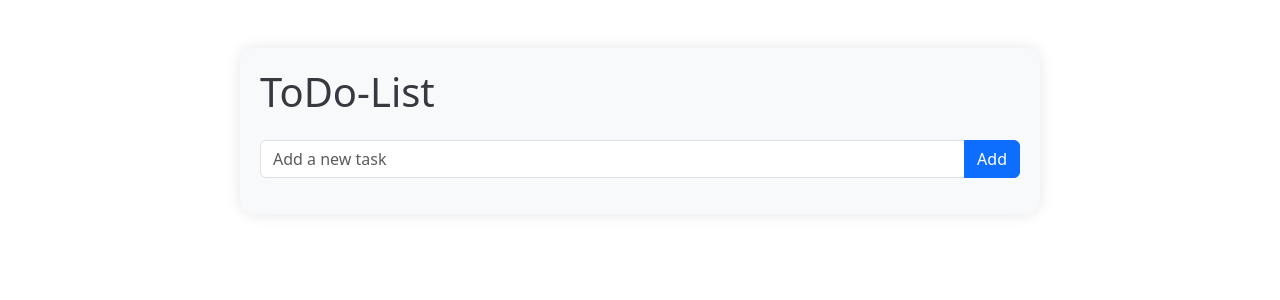
Repository: AkshatKapo/Todolist-React-app
Page: /
The author's editor kept a copy of each file at every save. The page is drawn from the files as they stood at one save, then again after a run of saves.
The browser window is 1280 px wide. The pictures show the whole page.
The project was rebuilt for these pictures with package versions that can differ from the ones it lists, and the page was loaded fresh each time. Also part of the build but not shown: vite.config.js, src/App.css, src/index.css.

Above is the page before, as saved 2024-06-20 15:31:34.

### index.html
<!doctype html>
<html lang="en">
  <head>
    <meta charset="UTF-8" />
    <link rel="icon" type="image/svg+xml" href="/vite.svg" />
    <meta name="viewport" content="width=device-width, initial-scale=1.0" />
    <title>Vite + React</title>
    <link href= "https://cdn.jsdelivr.net/npm/bootstrap@5.3.0-alpha1/dist/css/bootstrap.min.css" rel="stylesheet">
  </head>
  <body>
    <div id="root"></div>
    <script type="module" src="/src/main.jsx"></script>
  </body>
</html>

### src/App.jsx
import { useState } from 'react'
import './App.css'
import TodoList from './TodoList'

function App() {


  return (
    <div>
      <TodoList />
    </div>
  )
}

export default App

### src/TodoList.jsx
import React, { useState } from "react";
import './TodoList.css'; // Import your custom CSS file

const TodoList = () => {
  const [todos, setTodos] = useState([]);
  const [input, setInput] = useState('');

  const handleInputChange = (e) => {
    setInput(e.target.value);
  }

  const handleAddTodo = () => {
    if (input.trim()) {
      setTodos([...todos, input]);
      setInput('');
    }
  }

  const handleRemoveTodo = (index) => {
    const updatedTodos = todos.filter((_, i) => i !== index);
    setTodos(updatedTodos);
  }

  return (
    <div className="container mt-5">
      <h1 className=" mb-4">ToDo-List</h1>

      <div className="input-group mb-3">
        <input
          type="text"
          className="form-control"
          value={input}
          onChange={handleInputChange}
          placeholder="Add a new task"
        />
        <button className="btn btn-primary" onClick={handleAddTodo}>Add</button>
      </div>

      <ul className="list-group">
        {todos.map((todo, index) => (
          <li key={index} className="list-group-item">
            {todo}
            <div className="btn-group">
              <button className="btn btn-danger delete-btn" onClick={() => handleRemoveTodo(index)}>✕</button>
              <button className="btn btn-primary edit-btn">✎</button>
            </div>
          </li>
        ))}
      </ul>
    </div>
  );
};

export default TodoList;

### src/TodoList.css
.container {
    max-width: 800px;
    margin: 0 auto;
    padding: 20px;
    background-color: #f8f9fa;
    border-radius: 15px;
    box-shadow: 0 0 15px rgba(0, 0, 0, 0.1);
  }

  h1 {
    text-align: left;
    color: #343a40;
    margin-bottom: 20px;
  }

  .input-group {
    margin-bottom: 20px;
  }

  .btn-primary {
    margin-left: 10px;
  }

  .list-group-item {
    display: flex;
    justify-content: space-between;
    align-items: center;
    margin-bottom: 10px;
    padding: 10px;
    background-color: #fff;
    border: 1px solid #ced4da;
    border-radius: 4px;
    box-shadow: 0 2px 5px rgba(0, 0, 0, 0.1);
  }

  .delete-btn {
    background-color: #dc3545;
    color: #fff;
    border: none;
    padding: 5px 10px;
    border-radius: 4px;
    cursor: pointer;
    transition: background-color 0.15s ease-in-out;
  }

  .delete-btn:hover {
    background-color: #c82333;
  }

  .edit-btn {
    background-color: #007bff;
    color: #fff;
    border: none;
    padding: 5px 10px;
    border-radius: 4px;
    cursor: pointer;
    transition: background-color 0.15s ease-in-out;
  }

  .edit-btn:hover {
    background-color: #0056b3;
  }

Loaded but not shown: src/main.jsx (common file)

After the next 3 saves:
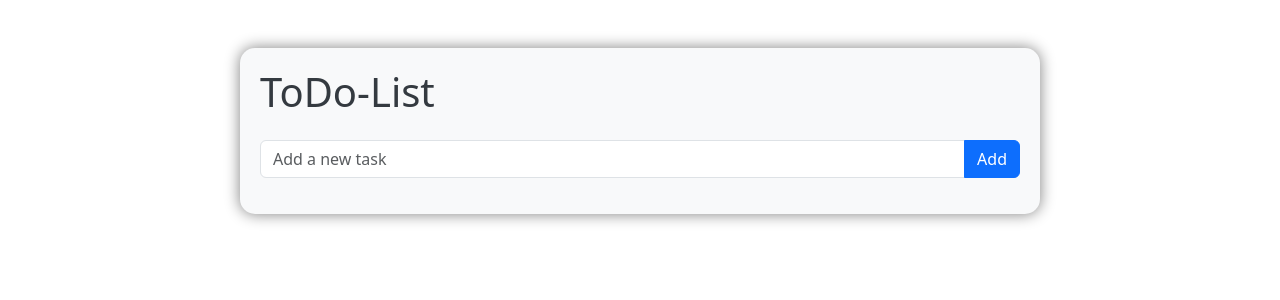
The 3 saves are shown as one change because they came seconds apart.
The last was saved 35 s later.
--- a/src/TodoList.css
+++ b/src/TodoList.css
@@ -4,7 +4,7 @@
     padding: 20px;
     background-color: #f8f9fa;
     border-radius: 15px;
-    box-shadow: 0 0 15px rgba(0, 0, 0, 0.1);
+    box-shadow: 0 0 15px grey;
   }
 
   h1 {

After the 2 saves that followed:
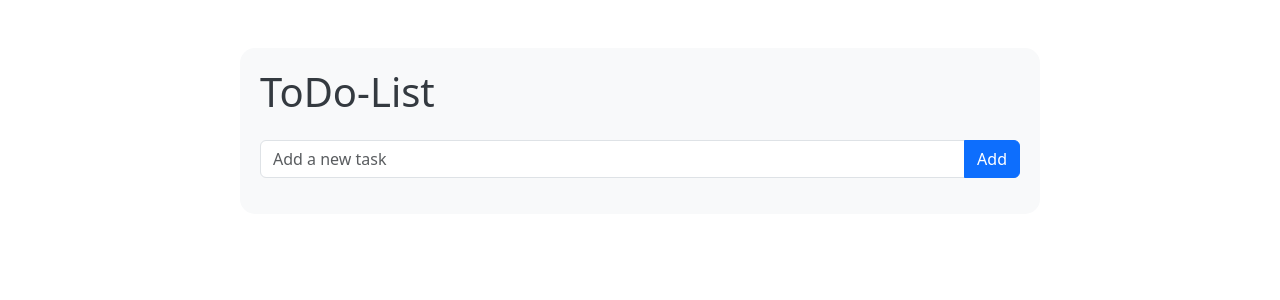
The 2 saves are shown as one change because they came seconds apart.
The last was saved 9 s later.
--- a/src/TodoList.css
+++ b/src/TodoList.css
@@ -4,7 +4,7 @@
     padding: 20px;
     background-color: #f8f9fa;
     border-radius: 15px;
-    box-shadow: 0 0 15px grey;
+    box-shadow: 0 0 15px li;
   }
 
   h1 {
